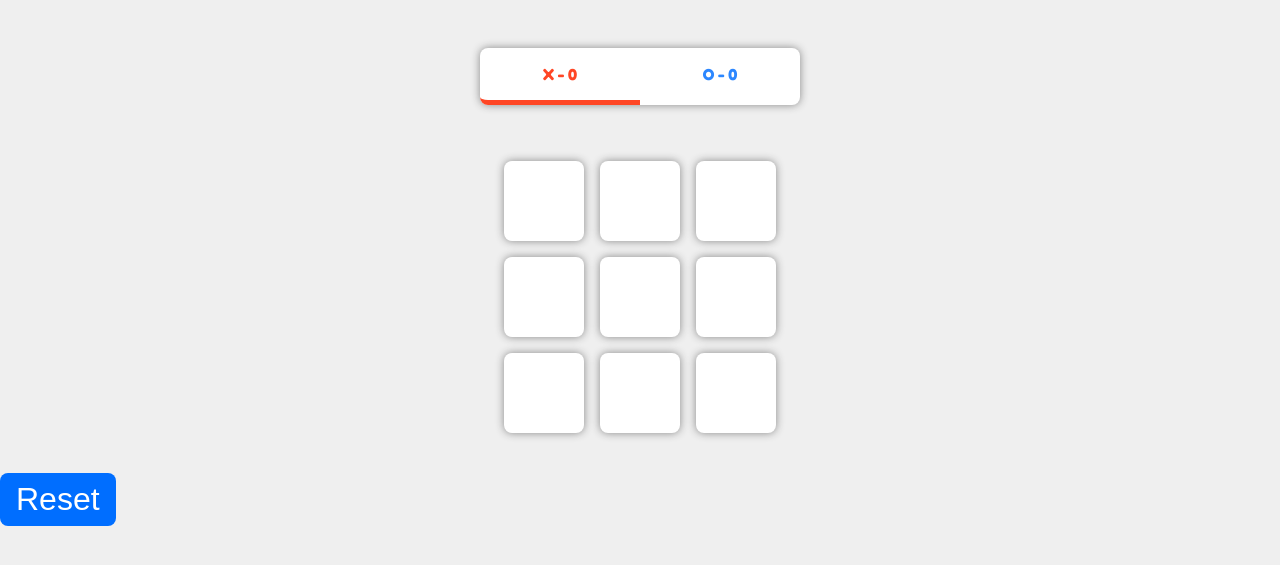
Repository: Seva2705/tic-tac-toe.github.io
Page: /
These files come from the project's save history. The page is drawn as it stood at one moment and after a run of saves; the edit follows.
The browser window is 1280 px wide. The pictures show the whole page.
The project was rebuilt for these pictures with package versions that can differ from the ones it lists, and the page was loaded fresh each time.

Above is the page before, as saved 2023-04-04 18:11:22.

### public/index.html
<!DOCTYPE html>
<html lang="en">
<head>
  <meta charset="utf-8" />
  <link rel="icon" href="%PUBLIC_URL%/favicon.ico" />
  <meta name="viewport" content="width=device-width, initial-scale=1" />
  <meta name="theme-color" content="#000000" />
  <meta
  name="description"
  content="Web site created using create-react-app"
  />
  <link rel="apple-touch-icon" href="%PUBLIC_URL%/logo192.png" />
  <link rel="preconnect" href="https://fonts.googleapis.com">
  <link rel="preconnect" href="https://fonts.gstatic.com" crossorigin>
  <link href="https://fonts.googleapis.com/css2?family=Fredoka:wght@400;500;700&display=swap" rel="stylesheet">
  <!--
    manifest.json provides metadata used when your web app is installed on a
    user's mobile device or desktop. See https://developers.google.com/web/fundamentals/web-app-manifest/
  -->
  <link rel="manifest" href="%PUBLIC_URL%/manifest.json" />
  <!--
    Notice the use of %PUBLIC_URL% in the tags above.
    It will be replaced with the URL of the `public` folder during the build.
    Only files inside the `public` folder can be referenced from the HTML.

    Unlike "/favicon.ico" or "favicon.ico", "%PUBLIC_URL%/favicon.ico" will
    work correctly both with client-side routing and a non-root public URL.
    Learn how to configure a non-root public URL by running `npm run build`.
  -->
  <title>React App</title>
</head>
<body>
  <noscript>You need to enable JavaScript to run this app.</noscript>
  <div id="root"></div>
  <!--
    This HTML file is a template.
    If you open it directly in the browser, you will see an empty page.

    You can add webfonts, meta tags, or analytics to this file.
    The build step will place the bundled scripts into the <body> tag.

      To begin the development, run `npm start` or `yarn start`.
      To create a production bundle, use `npm run build` or `yarn build`.
    -->
  </body>
  </html>

### src/App.js
import React, {useState} from 'react';
import './App.css';
import Board from './components/Board';
import ResetButton from './components/ResetButton';
import ResetBoard from './components/ResetButton';
import ScoreBoard from './components/ScoreBoard';


function App() {

  const WIN_CONDITIONS = [
    [0, 1, 2],
    [3, 4, 5],
    [6, 7, 8],
    [0, 3, 6],
    [1, 4, 7],
    [2, 5, 8],
    [0, 4, 8],
    [2, 4, 6]
  ]

  const [board, setBoard] = useState(Array(9).fill(null));
  const [xPlaying, setXPlaying] = useState(true);
  const [scores, setScores] = useState({xScore: 0, oScore: 0});
  const [gameOver, setGameOver] = useState(false);


  const handleBoxClick = (boxIdx) => {
    const updatedBoard = board.map((value, idx) => {
      if (idx === boxIdx) {
        return xPlaying === true ? 'X' : 'O';
      } else {
        return value;
      }

    })

    const winner = checkWinner(updatedBoard);

    if (winner) {
      if (winner === 'O') {
        let { oScore } = scores;
        oScore += 1;
        setScores({...scores, oScore});
      } else {
        let { xScore } = scores;
        xScore += 1;
        setScores({...scores, xScore});
      }
    }





    setBoard(updatedBoard);
    setXPlaying(!xPlaying);
  }

  const checkWinner = (board) => {
    for(let i = 0; i < WIN_CONDITIONS.length; i++) {
      const [x, y, z] = WIN_CONDITIONS[i];

      if (board[x] && board[x] === board[y] && board[y] === board[z]) {
        setGameOver(true)
        return board[x];
    }
  }
  }

  const resetBoard = () => {
    setGameOver(false);
    setBoard(Array(9).fill(null))
  }

  return (
    <div className="App">
      <ScoreBoard scores={scores} xPlaying={xPlaying}/>
      <Board board={board} onClick={gameOver ? resetBoard : handleBoxClick}/>
      <ResetButton  resetBoard={resetBoard}/>


    </div>
  );
}

export default App;

### src/App.css
* {
  box-sizing: border-box;

}

body {
  margin: 0;
  background-color: #efefef;
  font-family: "Fredoka", sans-serif;
}

### src/components/Board.js
import React from 'react'
import Box from './Box'
import './Board.css'

const Board = ({board, onClick}) => {
  return (
    <div className='board'>
        {board.map((value, idx) => {
            return <Box value={value} onClick={() => value ===null && onClick(idx)}/>
        }
        )}
        </div>
  )
}

export default Board

### src/components/ResetButton.js
import React from 'react'

import './ResetButton.css'

const ResetButton = ({resetBoard}) => {
  return (
    <button className='reset-btn' onClick={resetBoard}>Reset</button>
  )
}

export default ResetButton

### src/components/ScoreBoard.js
import React from 'react'
import './ScoreBoard.css'

const ScoreBoard = ({scores, xPlaying}) => {
    const {xScore, oScore} = scores;
  return (
    <div className='scoreboard'>
        <span className={`score x-score ${!xPlaying && 'inactive'}`}>X - {xScore}</span>
        <span className={`score o-score ${xPlaying && 'inactive'}`}>O - {oScore}</span>
    </div>
  )
}

export default ScoreBoard

### src/components/Box.js
import React from 'react'

import './Box.css'

const Box = ({value, onClick}) => {
    const style = value === "X" ? "box x" : "box o";
  return (
    <button className={style} onClick={onClick}>{value}</button>
  )
}

export default Box

### src/components/Board.css
.board {
    display: grid;
    grid-template-columns: repeat(3, 6rem);
    place-items: center;
    justify-content: center;
}

### src/components/ResetButton.css
.reset-btn {
    border: none;
    border-radius: 0.5rem;
    background-color: rgb(0, 110, 255);
    color: white;
    font-size: 2rem;
    padding: 0.5rem 1rem;
    margin: 2rem auto;


}

### src/components/ScoreBoard.css
.scoreboard {
    display: flex;
    flex-direction: row;
    align-items: center;
    justify-content: space-evenly;
    width: 20rem;
    background-color: white;
    margin: 3rem auto;
    box-shadow: 0px 0px 8px #888;
    border-radius: 0.5rem;
    font-weight: bold;

}

.score {
    width: 100%;
    text-align: center;
    padding: 1rem 0;
}

.x-score {
    color: rgb(255,70,37);
    border-bottom: 5px solid rgb(255,70,37);
    border-radius: 0.5rem 0 0 0.5rem;
}
.o-score {
    color: rgb(44,135,255);
    border-bottom: 5px solid rgb(44,135,255);
    border-radius: 0 0.5rem 0.5rem 0;
}

.inactive {
    border-bottom: 5px solid transparent;
}

### src/components/Box.css
.box {
    background-color: white;
    border: none;
    border-radius: 10%;
    box-shadow: 0px 0px 8px #888;
    width: 5rem;
    height: 5rem;
    text-align: center;
    font-size: 5em;
    font-family: "Fredoka", sans-serif;
    font-weight: bold;
    line-height: 5rem;
    margin: 0.5rem;
    cursor: pointer;

}

.x {
    color: rgb(255, 70, 37)
}
.o {
    color: rgb(44, 135, 255)
}

.box:hover {
    box-shadow: 0px 0px 15px #888;
}

Loaded but not shown: src/index.js (common file); src/index.css (common file)

After the next 3 saves:
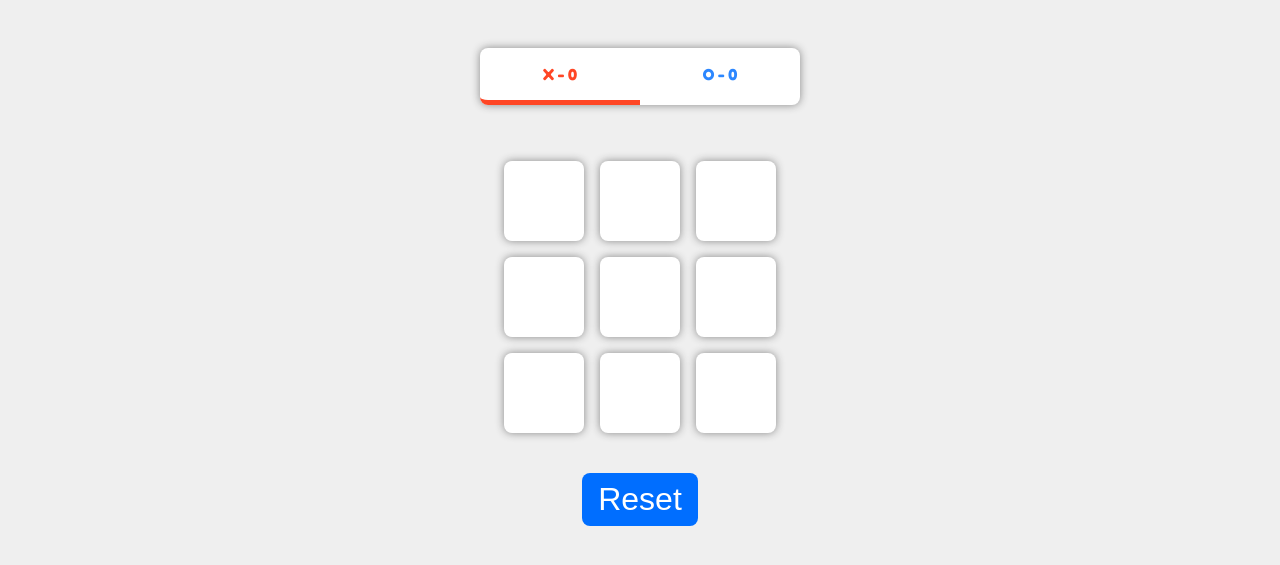
The 3 saves are shown as one change because they came seconds apart.
The last was saved 8 s later.
--- a/src/components/ResetButton.css
+++ b/src/components/ResetButton.css
@@ -6,6 +6,7 @@
     font-size: 2rem;
     padding: 0.5rem 1rem;
     margin: 2rem auto;
-
+    cursor: pointer;
+    display: block;
 
 }
